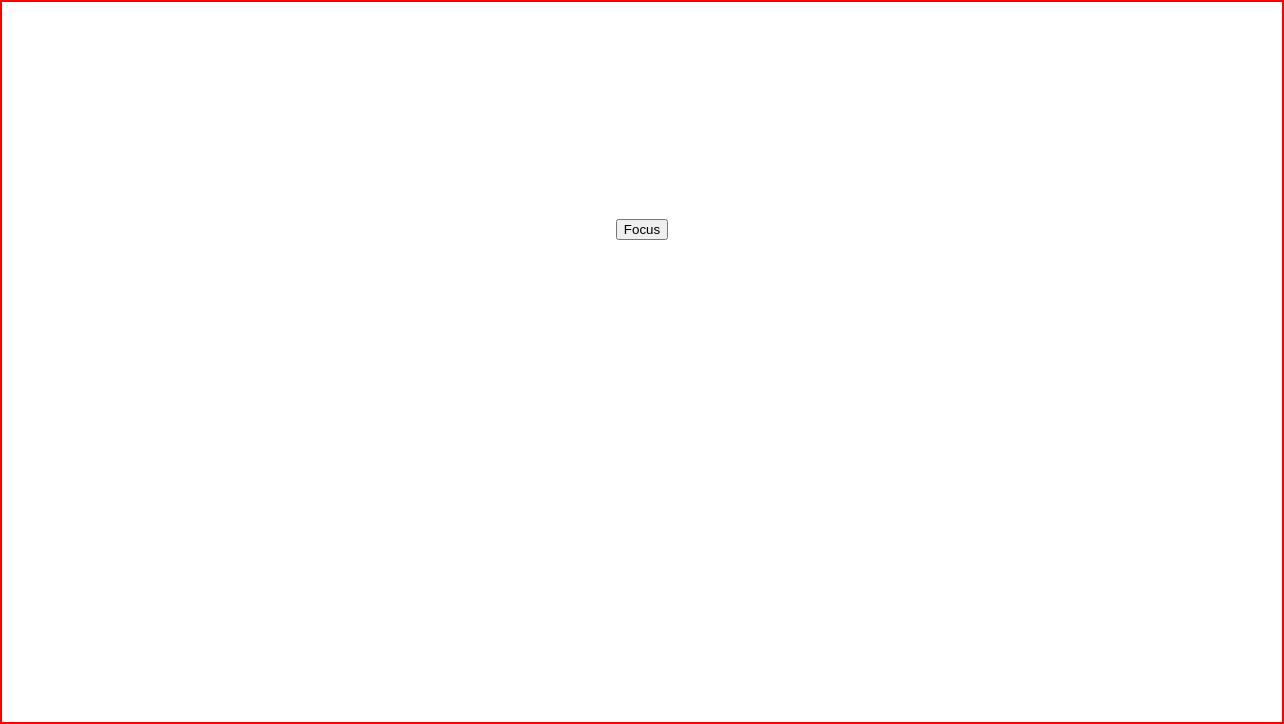
Repository: KrzysKolo/sr_tydzien4_zad5
Page: /
An editor plug-in stored every save of this project. The page is shown before and after the next save, followed by the edit.
The browser window is 1280 px wide. The page is 1284 px wide, so the pictures cover 1284 px, including what lies to the right of the window. The pictures show the whole page.
The project was rebuilt for these pictures with package versions that can differ from the ones it lists, and the page was loaded fresh each time.

Above is the page before, as saved 2020-12-17 14:04:50.

### src/App.js
import React, { Component } from 'react'
import './App.css';
 class App extends Component {
  onClick = () => {
    console.log("Kliknieto");
  }
  constructor(props) {
    super(props);
    this.surnameInput = React.createRef();
  }
  handleFocusClick = () => {
    this.surnameInput.current.style.background = '#345423';
    this.surnameInput.current.style.color = '#f00';
  }
  handleMouseOut = () => {
    this.surnameInput.current.style.background = '#fff';
    this.surnameInput.current.style.color = '#000';
  }
  render() {
    return (
      <div className="App">
        <div className="btn">
          <button type="button" ref={this.surnameInput} onMouseMove={this.handleFocusClick} onMouseOut={this.handleMouseOut}>Focus</button>
        </div>
      </div>
    )
  }
}
export default App;

### src/App.css
.App {
  width: 100vw;
  height: 100vh;
  display: flex;
  flex-direction: row;
  justify-content: center;
  align-items: center;
  border: 2px solid red;
}
.btn {
  height: 20%;
  height: 40%;
}

Loaded but not shown: public/index.html (common file); src/index.js (common file); src/index.css (common file)

After the next save:
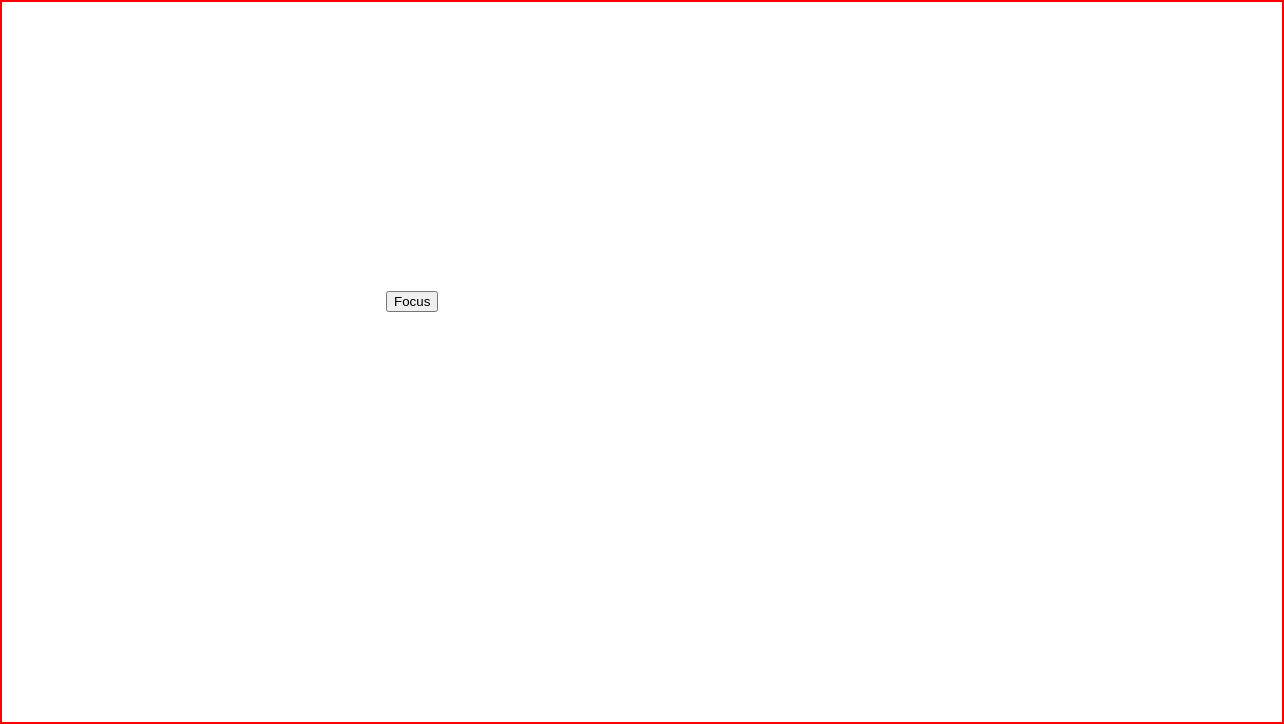
Saved 16 s later.
--- a/src/App.css
+++ b/src/App.css
@@ -9,5 +9,5 @@
 }
 .btn {
   height: 20%;
-  height: 40%;
+  width: 40%;
 }
